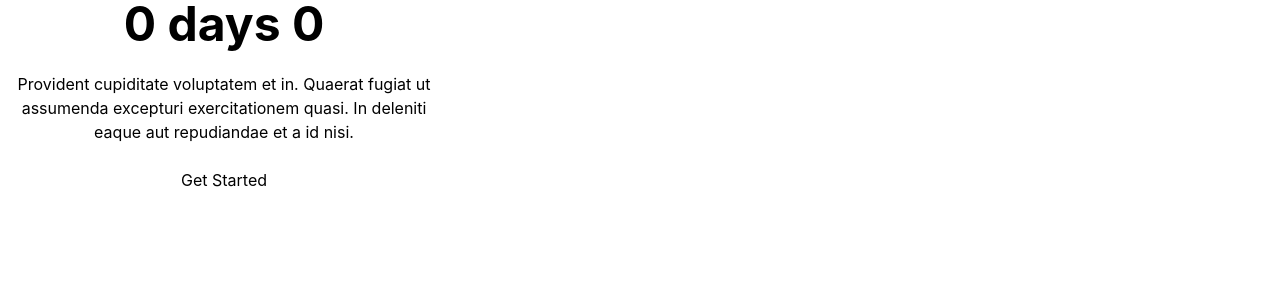
Repository: RahmanRakib9/TwentyOne
Page: /
The author's editor kept a copy of each file at every save. The page is drawn from the files as they stood at one save, then again after a run of saves.
The browser window is 1280 px wide. The pictures show the whole page.
The project was rebuilt for these pictures with package versions that can differ from the ones it lists, and the page was loaded fresh each time.

Above is the page before, as saved 2022-10-13 17:40:08.

### src/index.css
/* tailwind css directives */
@tailwind base;
@tailwind components;
@tailwind utilities;

body {
  margin: 0;
  font-family: -apple-system, BlinkMacSystemFont, 'Segoe UI', 'Roboto', 'Oxygen',
    'Ubuntu', 'Cantarell', 'Fira Sans', 'Droid Sans', 'Helvetica Neue',
    sans-serif;
  -webkit-font-smoothing: antialiased;
  -moz-osx-font-smoothing: grayscale;
}

code {
  font-family: source-code-pro, Menlo, Monaco, Consolas, 'Courier New',
    monospace;
}

### src/App.js
import React from 'react';
import Timer from './components/Timer';
import './App.css'

const App = () => {
  return (
    <div className='App'>
      <Timer></Timer>
    </div>
  );
};

export default App;

### src/components/Timer.js
import React from "react";
import useCountdown from "../hooks/useCountdown";

const Timer = () => {
  const [second, minute, hour, day] = useCountdown();
  return (
    <div class="hero min-h-screen bg-base-200">
      <div class="hero-content text-center">
        <div class="max-w-md">
          <h1 class="text-5xl font-bold">{day} days {hour}</h1>
          <p class="py-6">
            Provident cupiditate voluptatem et in. Quaerat fugiat ut assumenda
            excepturi exercitationem quasi. In deleniti eaque aut repudiandae et
            a id nisi.
          </p>
          <button class="btn btn-primary">Get Started</button>
        </div>
        <div>

        </div>
      </div>
    </div>
  );
};

export default Timer;

### src/hooks/useCountdown.js
/* eslint-disable react-hooks/exhaustive-deps */
import React, { useEffect, useState } from "react";

const useCountdown = () => {
  // state declaration for updating second, minute, and an hour respectively
  const [second, setSecond] = useState(0);
  const [minute, setMinute] = useState(0);
  const [hour, setHour] = useState(0);
  const [day, setDay] = useState(0);

  let timer;
  useEffect(() => {
    timer = setInterval(() => {
      setSecond(second + 1);

      if (second === 59) {
        setMinute(minute + 1);
        setSecond(0);
      }

      if (minute === 59) {
        setHour(hour + 1);
        setMinute(0);
      }

      if (hour === 23 && minute === 59) {
        setDay(day + 1);
        setHour(0);
        setMinute(0);
      }



    }, 1000);

    return () => clearInterval(timer);
  });
  return [second, minute, hour,day];
};

export default useCountdown;

### tailwind.config.js
/** @type {import('tailwindcss').Config} */
module.exports = {
  content: ["./src/**/*.{html,js}"],
  daisyui: {
    themes: [],
  },
  plugins: [require("daisyui")],
};

Loaded but not shown: public/index.html (common file); src/index.js (common file); src/reportWebVitals.js (common file); src/App.css (common file)

After the next 3 saves:
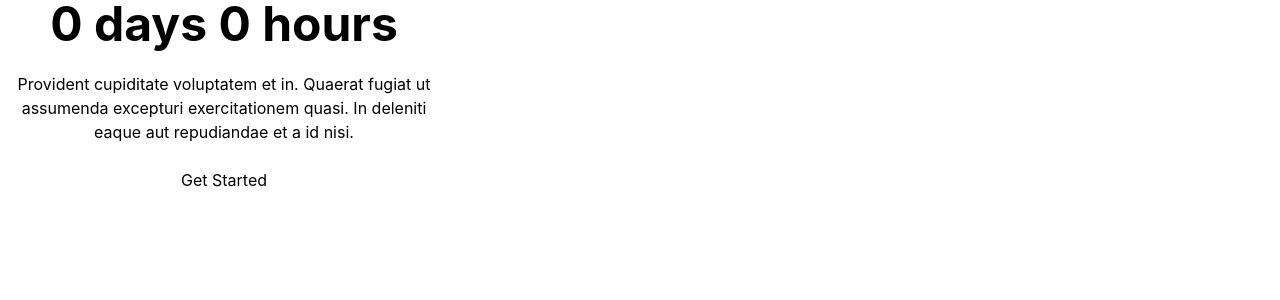
The 3 saves are shown as one change because they came seconds apart.
The last was saved 22 s later.
--- a/src/components/Timer.js
+++ b/src/components/Timer.js
@@ -7,7 +7,7 @@ const Timer = () => {
     <div class="hero min-h-screen bg-base-200">
       <div class="hero-content text-center">
         <div class="max-w-md">
-          <h1 class="text-5xl font-bold">{day} days {hour}</h1>
+          <h1 class="text-5xl font-bold">{day} days {hour} hours </h1>
           <p class="py-6">
             Provident cupiditate voluptatem et in. Quaerat fugiat ut assumenda
             excepturi exercitationem quasi. In deleniti eaque aut repudiandae et
